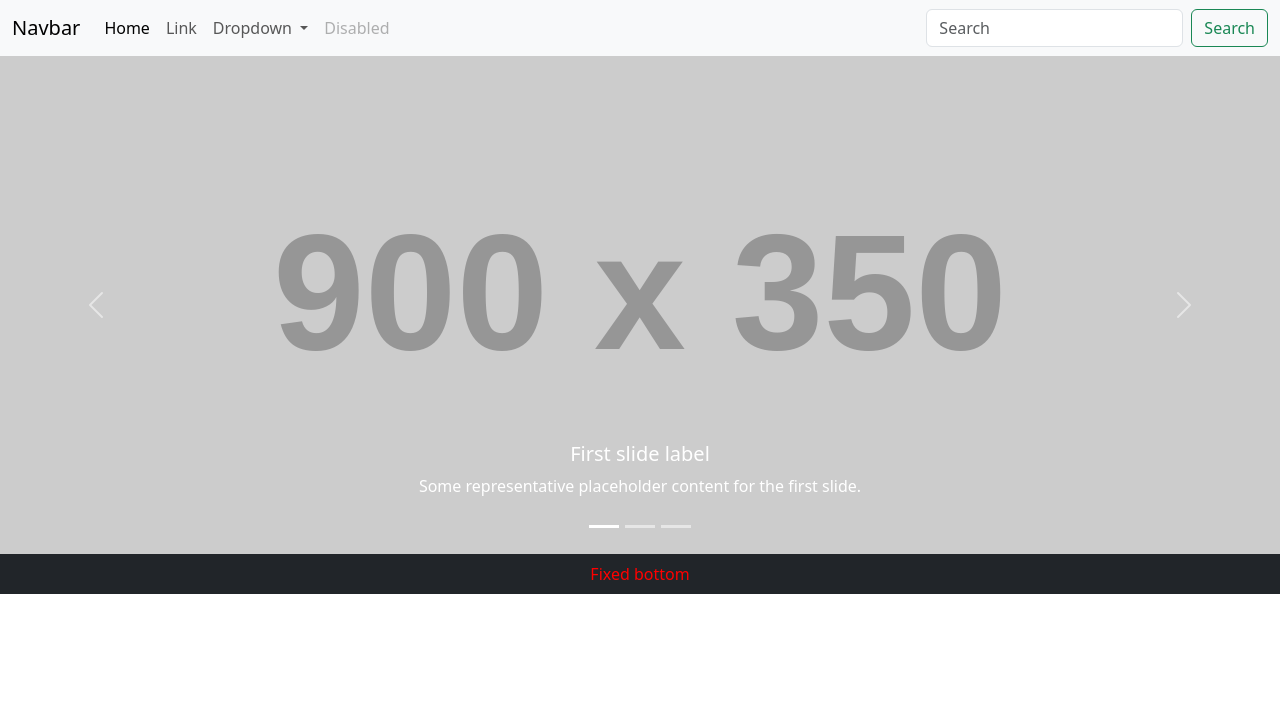
Repository: Soyeonthdus/workspace_java
Page: http://localhost/chat221228/bootstrap5/navbar/step1.jsp
These files come from the project's save history. The page is drawn as it stood at one moment and after the next save; the edit follows.
The browser window is 1280 px wide. The pictures show the whole page.
The page is served by Tomcat 9.

Above is the page before, as saved 2023-02-10 07:50:58.

After the next save:
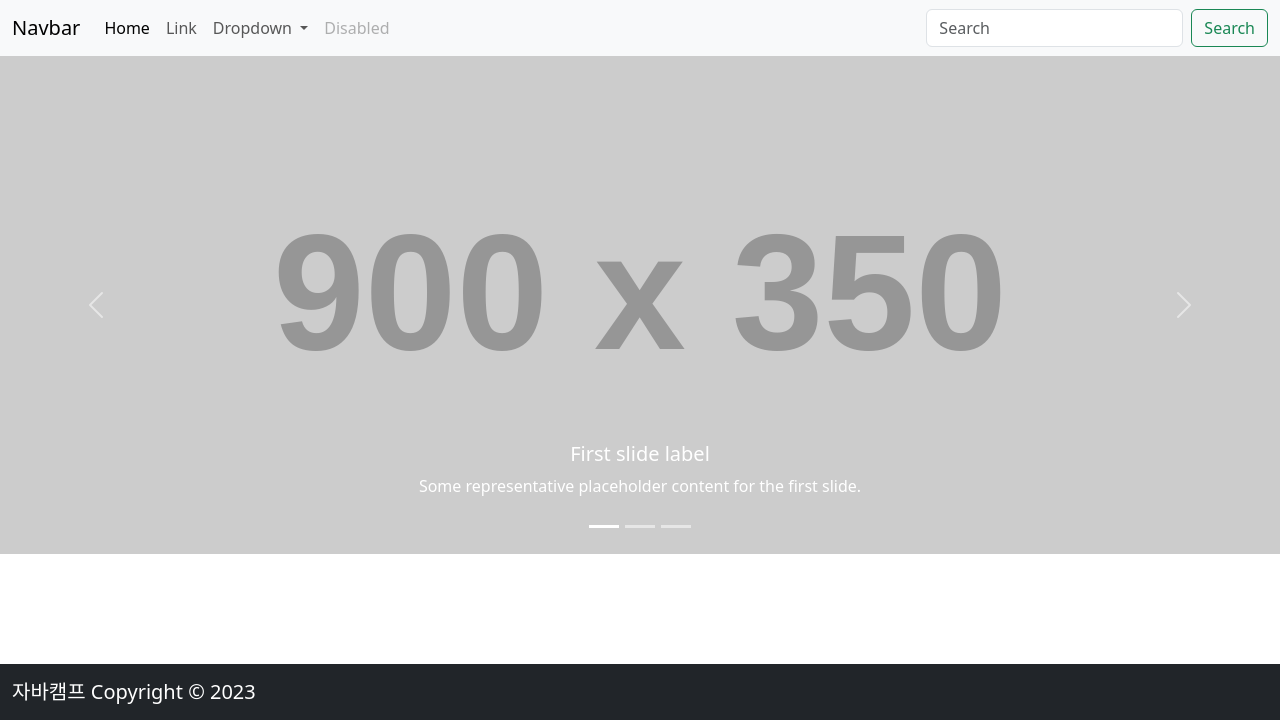
Saved 15 min 32 s later.
--- a/chat221228/src/main/webapp/bootstrap5/navbar/step1.jsp
+++ b/chat221228/src/main/webapp/bootstrap5/navbar/step1.jsp
@@ -150,12 +150,11 @@ pageEncoding="UTF-8"%>
     </div>
     <!-- ====================[[carousel end]]=========================== -->
     <!-- ====================[[footer start]]=========================== -->
-    <nav
-      class="navbar navbar-expand-sm bg-dark justify-content-center"
-      style="color: white"
-    >
-      <span class="footer">Fixed bottom</span>
-    </nav>
+<nav class="navbar navbar-expand-sm bg-dark navbar-dark fixed-bottom">
+  <div class="container-fluid">
+    <span class="navbar-brand footer" style="color:white">자바캠프 Copyright &copy; 2023</span>
+  </div>
+</nav>
     <!-- ====================[[footer end]]=========================== -->
   </body>
 </html>
